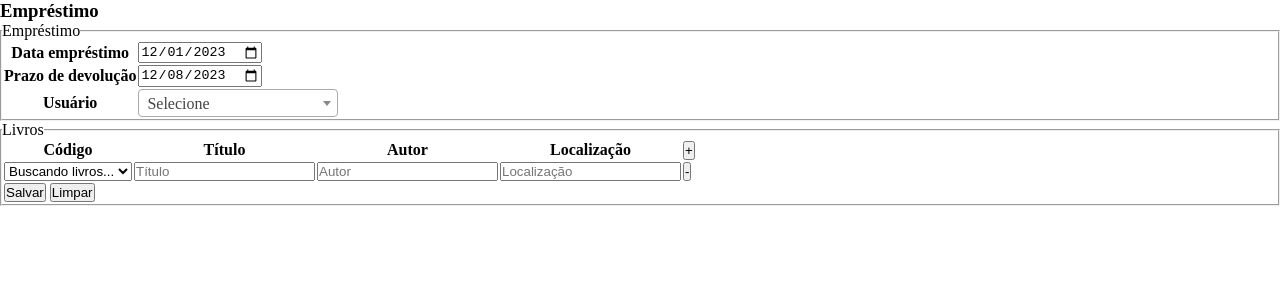
Repository: Matheus-Ghizoni/Rainbow-Library
Page: arcoiris/src/main/webapp/pages/admin/loan.html
An editor plug-in stored every save of this project. The page is shown before and after the next save, followed by the edit.
The browser window is 1280 px wide. The pictures show the whole page.
The page's requests for data from a server got no answer. Some web libraries are served in a nearby version.

Above is the page before, as saved 2023-12-07 18:14:27.
Console error: ReferenceError: jQuery is not defined

### arcoiris/src/main/webapp/pages/admin/loan.html
<html lang="en">

<head>
	<meta charset="UTF-8">
	<meta name="viewport" content="width=device-width, initial-scale=1.0">
	<link rel="stylesheet" href="../../css/admin.css">
	<link rel="stylesheet" type="text/css" href="../../css/jquery-ui.css">
	<link href="https://cdn.jsdelivr.net/npm/select2@4.1.0-beta.1/dist/css/select2.min.css" rel="stylesheet" />
	<script src="../../js/loan.js"></script>
	<script src="../../js/jquery-ui.js"></script>
	<script src="https://code.jquery.com/jquery-3.6.4.min.js"
		integrity="sha256-oP6HI9z1XaZNBrJURtCoUT5SUnxFr8s3BzRl+cbzUq8=" crossorigin="anonymous"></script>
	<script src="https://cdn.jsdelivr.net/npm/select2@4.1.0-beta.1/dist/js/select2.min.js"></script>
	<title>Loan</title>
</head>

<body>
	<!-- Menu -->
<!--	<div class="menu">
		<div class="d-flex justify-content-center">
			<img class="menu-img" src="../../imgs/menu.png">
		</div>
	</div>
	<div class="modal-menu">
		<a href="library.html">Biblioteca</a> <br>
		<a href="book.html">Livros</a> <br>
		<a href="category.html">Categorias</a> <br>
		<a href="user.html">Usuários</a> <br>
		<a href="loan.html">Emprestimos</a> <br>
		<a href="comment.html">Comentários</a><br>
		<a href="../../index.html">Sair</a>
	</div>-->

	<!--	Modal Emprestimo  -->
	<!--	<h3>Cadastro de Empréstimos</h3>
	<form class="frmloan">
		<select name="type" class="selectBooks" id="selectBooks" onload="getAllBooks()" style="width: 200px;">
			<option value="">Livro</option>
		</select><br>
		<select name="type" class="selectUsers" id="selectUsers" onload="getAllUsers()" style="width: 200px;">
			<option value="">Usuário</option>
		</select><br>
		<input type="date" placeholder="Data de empréstimo" id="inputStartDateLoan"><br>
		<input type="date" placeholder="Prazo de Devolução" id="inputDeadlineDateLoan"><br>
		<button type="reset">Limpar</button>
		<button onclick="insertLoan()">Salvar</button>
	</form>
	<div id="listLoans"></div>-->

	<!-- Formulário Mestre-Detalhe -->

	<h3>Empréstimo</h3>
	<form name="frmAddLoan" id="addLoan" class="frmAddLoan">
		<fieldset>
			<legend>Empréstimo</legend>
			<table>
				<tr>
					<th>Data empréstimo</th>
					<td>
						<input type="date" placeholder="Data de empréstimo" id="inputStartDateLoan">
					</td>
				</tr>
				<tr>
					<th>Prazo de devolução</th>
					<td>
						<input type="date" placeholder="Prazo de Devolução" id="inputDeadlineDateLoan">
					</td>
				</tr>
				<tr>
					<th>Usuário</th>
					<td>
						<select name="type" class="selectUsers" id="selectUsers" onload="getAllUsers()"
							style="width: 200px;">
							<option value="">Selecione</option>
						</select><br>
					</td>
				</tr>
			</table>
		</fieldset>
		<fieldset>
			<legend>Livros</legend>
			<table>
				<tr>
					<th>Código</th>
					<th>Título</th>
					<th>Autor</th>
					<th>Localização</th>
					<th><button type="button" name="addBook" class="addBook">+</button></th>
				</tr>
				<tr class="details">
					<td>
						<select name="selectCodeBook[]">
							<option value="" class="optionCodeBook">Buscando livros...</option>
						</select>
					</td>
					<td>
						<input type="text" placeholder="Título" name="inputTitleBook[]" id="selectBooks" class="selectBooks" onload="getAllBooks()">
					</td>
					<td>
						<input type="text" placeholder="Autor" name="inputAuthorBook[]" id="inputAuthorBook">
					</td>
					<td>
						<input type="text" placeholder="Localização" name="inputLocationBook[]" id="inputLocationBook">
					</td>
					<td>
						<button type="button" name="deleteBook">-</button>
					</td>
				</tr>
				<tr>
					<td colspan="6">
						<button type="button">Salvar</button>
						<button type="reset">Limpar</button>
					</td>
				</tr>
			</table>
		</fieldset>
	</form>






</body>
<script>
	$(document).ready(function () {
		$('.selectUsers').select2();
		$('.selectBooks').select2();
	});
</script>

</html>

### arcoiris/src/main/webapp/css/admin.css
/* Reset */
* {
	padding: 0;
	margin: 0;
	box-sizing: border-box;
}

/* Menu */
.menu {
	position: absolute;
	top: 30px;
	right: 130px;
}

.menu-img {
	width: 70px;
	height: 70px;
}

/* Menu Modal*/
.modal-menu {
	background: #EDD9FF;
	display: block;
	position: fixed;
	align-items: center;
	text-align: center;
	right: 58px;
}

.modal-menu a {
	color: #C49AE9;
	font-weight: bold;
	margin: 60px;
}

.edit {
	width: 16px;
	height: 16px;
}

### arcoiris/src/main/webapp/js/loan.js
document.addEventListener("DOMContentLoaded", function() {
	getStartDate();
	getDeadlineDate();
	getAllUsers();
	getAllBooks();
});

/*------------------------ Denifinindo Datas ------------------------*/
function getStartDate() {
	let today = new Date();
	let date = today.getFullYear() + '-' +
		(today.getMonth() + 1).toString().padStart(2, '0') + '-' +
		today.getDate().toString().padStart(2, '0');
	document.getElementById('inputStartDateLoan').value = date;
}

function getDeadlineDate() {
	let today = new Date();
	let date = today.getFullYear() + '-' +
		(today.getMonth() + 1).toString().padStart(2, '0') + '-' +
		(today.getDate() + 7).toString().padStart(2, '0');
	document.getElementById('inputDeadlineDateLoan').value = date;
}

/*------------------------ Select Usuários ------------------------*/
function getAllUsers() {
	$.ajax({
		type: "GET",
		url: "/arcoiris/rest/user/getAllUsers",
		success: function(data) {
			dados = JSON.parse(data);
			displayUsers(dados);
		},
		error: function(info) {
			alert("Erro ao buscar usuários: " + info.status + " - " + info.statusText);
		}
	})
}

function displayUsers(listUsers) {
	select = "#selectUsers";
	if (listUsers != "") {
		$(select).html("");
		var option = document.createElement("option");
		option.setAttribute("value", "");
		option.innerHTML = ("Selecione o usuário");
		$(select).append(option);

		for (var i = 0; i < listUsers.length; i++) {
			if (listUsers[i].status == 1) {
				var option = document.createElement("option");
				option.setAttribute("value", listUsers[i].CPF);
				option.innerHTML = (listUsers[i].name);
				$(select).append(option);
			}
		}

	} else {
		$(select).html("");

		var option = document.createElement("option");
		option.setAttribute("value", "");
		option.innerHTML = ("Cadastre um usuário primeiro!");
		$(select).append(option);
		$(select).addClass("aviso");
	}
}

/*------------------------ Select Livros ------------------------*/
function getAllBooks() {
	const title = "";
	$.ajax({
		type: "GET",
		url: "/arcoiris/rest/book/getAllBooks",
		data: "title=" + title,
		success: function(dados) {
			dados = JSON.parse(dados);
			displayBooks(dados);
		},
		error: function(info) {
			alert("Erro ao buscar livros: " + info.status + " - " + info.statusText);
		}
	})
}

function displayBooks(listBooks) {
	select = "#selectBooks";
	if (listBooks != "") {
		$(select).html("");
		var option = document.createElement("option");
		option.setAttribute("value", "");
		option.innerHTML = ("Selecione o livro");
		$(select).append(option);

		for (var i = 0; i < listBooks.length; i++) {
			if (listBooks[i].status == 1) {
				var option = document.createElement("option");
				option.setAttribute("value", listBooks[i].code);
				option.innerHTML = (listBooks[i].title);
				$(select).append(option);
			}
		}

	} else {
		$(select).html("");

		var option = document.createElement("option");
		option.setAttribute("value", "");
		option.innerHTML = ("Cadastre um livro primeiro!");
		$(select).append(option);
		$(select).addClass("aviso");
	}
}

Loaded but not shown: arcoiris/src/main/webapp/css/jquery-ui.css (library); arcoiris/src/main/webapp/js/jquery-ui.js (library)

After the next save:
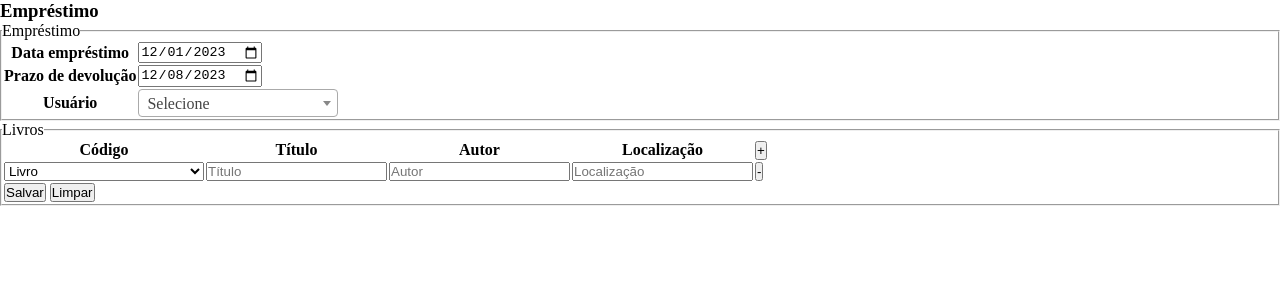
Saved 3 min 44 s later.
--- a/arcoiris/src/main/webapp/pages/admin/loan.html
+++ b/arcoiris/src/main/webapp/pages/admin/loan.html
@@ -16,7 +16,7 @@
 
 <body>
 	<!-- Menu -->
-<!--	<div class="menu">
+	<!--	<div class="menu">
 		<div class="d-flex justify-content-center">
 			<img class="menu-img" src="../../imgs/menu.png">
 		</div>
@@ -89,12 +89,14 @@
 				</tr>
 				<tr class="details">
 					<td>
-						<select name="selectCodeBook[]">
-							<option value="" class="optionCodeBook">Buscando livros...</option>
+						<select name="type" class="selectBooks" id="selectBooks" onload="getAllBooks()"
+							style="width: 200px;">
+							<option value="">Livro</option>
 						</select>
 					</td>
 					<td>
-						<input type="text" placeholder="Título" name="inputTitleBook[]" id="selectBooks" class="selectBooks" onload="getAllBooks()">
+						<input type="text" placeholder="Título" name="inputTitleBook[]" id="selectBooks"
+							class="selectBooks" onload="getAllBooks()">
 					</td>
 					<td>
 						<input type="text" placeholder="Autor" name="inputAuthorBook[]" id="inputAuthorBook">
